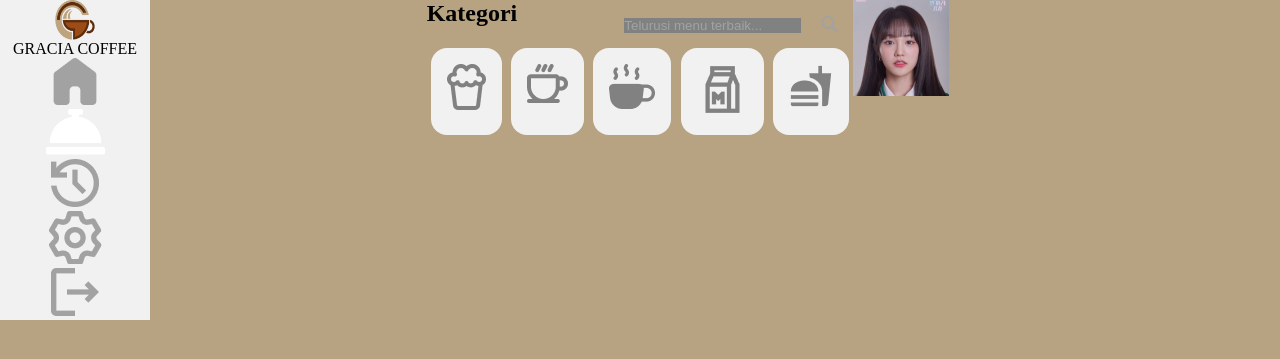
Repository: DanielChuaaa/sbd2
Page: index.html
These files come from the project's save history. The page is drawn as it stood at one moment and after the next save; the edit follows.
The browser window is 1280 px wide. The pictures show the whole page.
Some web libraries are served in a nearby version.

Above is the page before, as saved 2023-10-20 10:36:00.

### index.html
<!DOCTYPE html>
<html lang="en">
<head>
    <meta charset="UTF-8">
    <meta name="viewport" content="width=device-width, initial-scale=1.0">
    <title>Document</title>
    <link href="https://fonts.googleapis.com/css2?family=Roboto+Mono:wght@400;600;700&display=swap" rel="stylesheet" />
    <link
      rel="stylesheet"
      href="https://cdnjs.cloudflare.com/ajax/libs/font-awesome/6.1.2/css/all.min.css"
      integrity="sha512-1sCRPdkRXhBV2PBLUdRb4tMg1w2YPf37qatUFeS7zlBy7jJI8Lf4VHwWfZZfpXtYSLy85pkm9GaYVYMfw5BC1A=="
      crossorigin="anonymous"
      referrerpolicy="no-referrer"
    />
    <link rel="stylesheet" href="style.css">
</head>
<body>
    <div class="container">
        <div class="grid-wrapper">
            <div class="icon">
                <img src="/assets/logo projek SBD 1.png" width="40px" height="40px" alt="logo">
                <p>GRACIA COFFEE</p>
                <a href="#"><img src="./assets/home.png" alt="home"></a>
                <a href="#"><img src="./assets/menu.png" alt="menu"></a>
                <a href="#"><img src="./assets/history.png" alt="history"></a>
                <a href="#"><img src="./assets/setting.png" alt="setting"></a>

                <a href="#"><img src="./assets/logout.png" alt="logout"></a>
            </div>

            <div class="content">
                <div class="nav">
                    <h2>Kategori</h2>
                    <div class="inputWrapper">
                        <input type="text" name="text" id="text" class="input" placeholder="Telurusi menu terbaik...">
                        <i class="fa-solid fa-magnifying-glass"></i>
                    </div>
                </div>

                <div class="menu">
                    <div class="iconMenu"><a href="#"><img src="./assets/popcorn.png" alt="popcorn"></a></div>
                    <div class="iconMenu"><a href="#"><img src="./assets/kopi.png" alt="kopi"></a></div>
                    <div class="iconMenu"><a href="#"><img src="./assets/teh.png" alt="teh"></a></div>
                    <div class="iconMenu"><a href="#"><img src="./assets/susu.png" alt="susu"></a></div>
                    <div class="iconMenu"><a href="#"><img src="./assets/makanan.png" alt="makanan"></a></div>
                </div>
            </div>

            <div class="order">
                <img src="/assets/g_8___8_idola_cantik_berbakat_alumni_sm_entertainment_yang_sudah_debut_di_girlgroup_agensi_lain_p_eks_sm_trainee-20220408-001-non_fotografer_kly 1.png" alt="">
            </div>
        </div>
    </div>
</body>
</html>

### style.css
:root{
    --clr-primary-100: #B7A281;

    --clr-neutral-100: #818181;
    --clr-neutral-200: #A2A2A2;
    --clr-neutral-300: #D9D9D9;
    --clr-neutral-400: #F8F8F8;
    --clr-neutral-500:  #f1f1f1;

    --ff: "Roboto Mono", monospace;

    --fw-regular: 400;
    --fw-semi-bold: 600;
    --fw-bold: 700;
}

*{
    box-sizing: border-box;
    margin: 0;
    padding: 0;
}

body{
    background-color: #B7A281;
}

.grid-wrapper{
    display: grid;
    grid-template-columns: 1fr 1fr 1fr;
}

.icon{
    background: var(--clr-neutral-500);

    display: flex;
    flex-direction: column;
    justify-content: space-evenly;
    align-items: center;
    max-width: 150px;
}

.fa-solid{
    color: var(--clr-neutral-200);
    padding: 1rem;
}


/* content */

.nav{
    display: flex;
    justify-content: space-between;
}

.input{
    background: var(--clr-neutral-100);

    border: none;

}

::placeholder{
    color: var(--clr-neutral-200);
}

.menu{
    display: flex;
    justify-content: space-around;
}

.iconMenu{
    background: var(--clr-neutral-500);

    padding: 1rem;
    border-radius: 1rem;
}

After the next save:
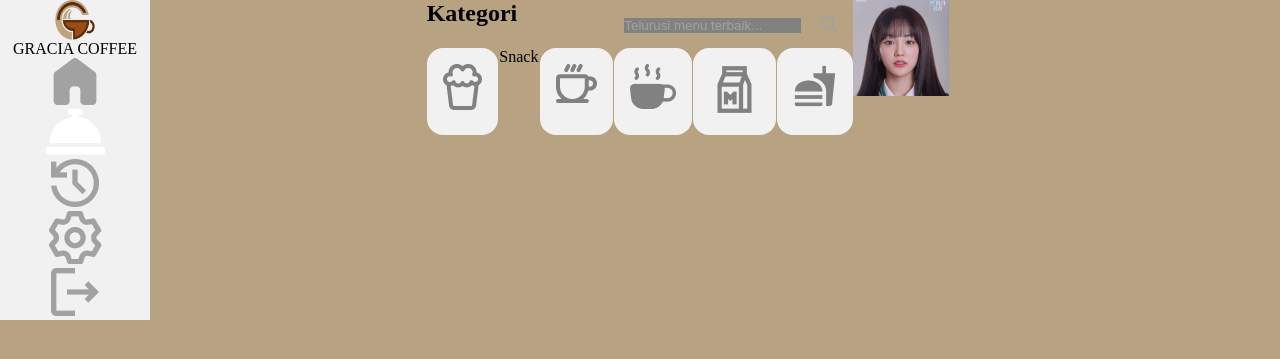
Saved 32 s later.
--- a/index.html
+++ b/index.html
@@ -39,6 +39,7 @@
 
                 <div class="menu">
                     <div class="iconMenu"><a href="#"><img src="./assets/popcorn.png" alt="popcorn"></a></div>
+                    <p>Snack</p>
                     <div class="iconMenu"><a href="#"><img src="./assets/kopi.png" alt="kopi"></a></div>
                     <div class="iconMenu"><a href="#"><img src="./assets/teh.png" alt="teh"></a></div>
                     <div class="iconMenu"><a href="#"><img src="./assets/susu.png" alt="susu"></a></div>
